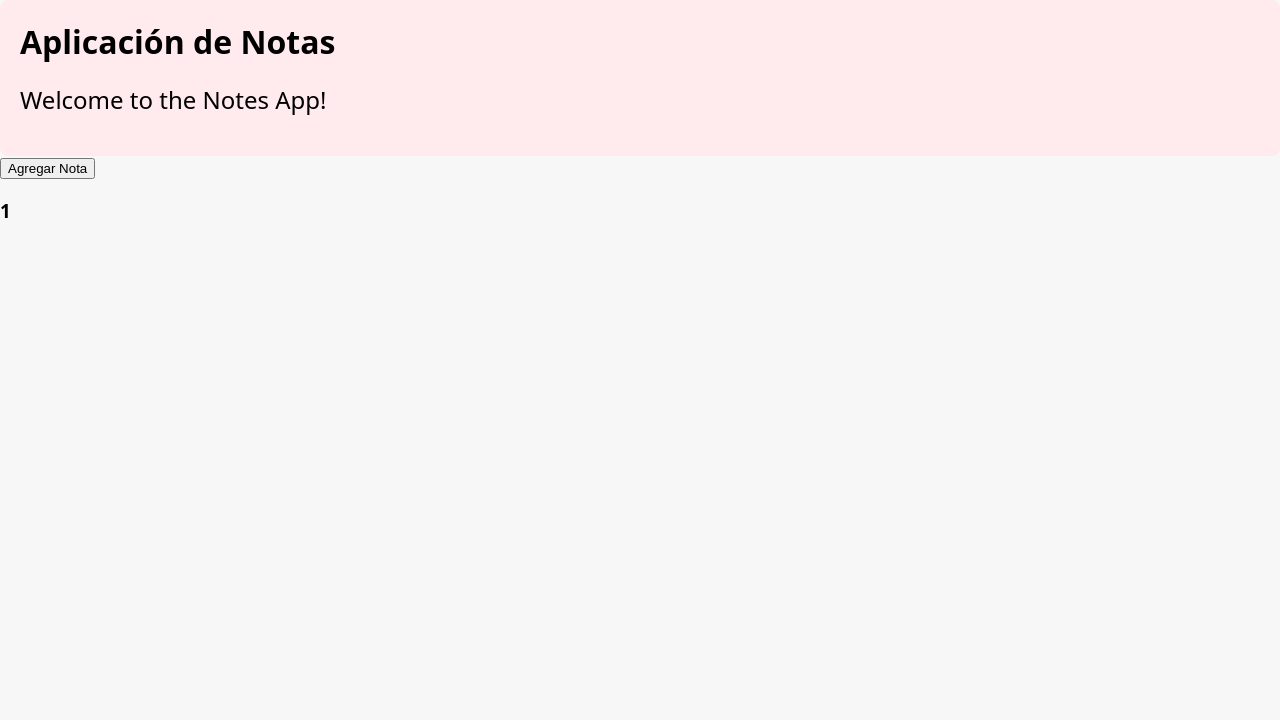
Repository: xunxuno/aplicacion_web_notas
Page: / (app in notas_web_app/)
These files come from the project's save history. The page is drawn as it stood at one moment and after the next save; the edit follows.
The browser window is 1280 px wide. The pictures show the whole page.
The project was rebuilt for these pictures with package versions that can differ from the ones it lists, and the page was loaded fresh each time. Also part of the build but not shown: notas_web_app/vite.config.ts, notas_web_app/src/components/NoteModal.tsx.

Above is the page before, as saved 2024-10-02 10:11:01.

### notas_web_app/src/main.tsx
import React from 'react';
import ReactDOM from 'react-dom/client'; // Cambiado a ReactDOM para el nuevo root API
import App from './App';
import { NotesProvider } from './contexts/NotesContext';

ReactDOM.createRoot(document.getElementById('root')!).render(
  <React.StrictMode>
    <NotesProvider>
      <App />
    </NotesProvider>
  </React.StrictMode>,
);

### notas_web_app/src/App.tsx
import React, { useState, useContext } from 'react';
import { NotesProvider, NotesContext } from './contexts/NotesContext';
import NoteCollection from './components/NoteCollection';
import NoteModal from './components/NoteModal';
import './styles.css';
import AppBar from './components/AppBar';

// Renombrar la interfaz para evitar conflictos
interface Note {
  id: string;
  title: string;
  content: string;
}

interface NoteCollectionInterface {
  id: string;
  notes: Note[];
}

const App: React.FC = () => {
  const [isModalOpen, setModalOpen] = useState(false);
  const [activeCollectionId, setActiveCollectionId] = useState<string | null>(null);

  const { state, dispatch } = useContext(NotesContext);

  const handleAddNote = (note: Note) => {
    if (activeCollectionId) {
      dispatch({
        type: 'ADD_NOTE',
        payload: { collectionId: activeCollectionId, note },
      });
    }
    setModalOpen(false);
  };

  const handleDeleteNote = (noteId: string) => {
    dispatch({
      type: 'DELETE_NOTE',
      payload: { noteId },
    });
  };

  return (
    <NotesProvider>
      <div>
        <AppBar />

        <button onClick={() => setModalOpen(true)}>Agregar Nota</button>

        <div>
          {state.collections.map((collection: NoteCollectionInterface) => (
            <NoteCollection
              key={collection.id}
              collection={collection}
              onNoteClick={(noteId) => console.log("Nota ID:", noteId)}
              onCollectionClick={() => setActiveCollectionId(collection.id)}
              onNoteMove={() => {}} // Agregar función de movimiento si corresponde
              onDelete={handleDeleteNote} // Pasar la función de eliminación
            />
          ))}
        </div>

        {isModalOpen && (
          <NoteModal
            onClose={() => setModalOpen(false)}
            onAddNote={handleAddNote}
          />
        )}
      </div>
    </NotesProvider>
  );
};

export default App;

### notas_web_app/src/contexts/NotesContext.tsx
import React, { createContext, useReducer, ReactNode } from 'react';


// Definir el contexto
interface Note {
  id: string;
  title: string;
  content: string;
}

interface Collection {
  id: string;
  notes: Note[];
}

interface NotesState {
  collections: Collection[];
}


interface AddNoteAction {
  type: 'ADD_NOTE';
  payload: {
    collectionId: string;
    note: Note;
  };
}

interface DeleteNoteAction {
  type: 'DELETE_NOTE';
  payload: {
    collectionId: string;
    noteId: string;
  };
}

interface MoveNoteAction {
  type: 'MOVE_NOTE';
  payload: {
    noteId: string;
    targetCollectionId: string;
  };
}
type NotesAction = AddNoteAction | DeleteNoteAction | MoveNoteAction;

const initialState: NotesState = {
  collections: [
    { id: '1', notes: [] }, // Al menos una colección
  ],
};

const NotesContext = createContext<any>(null);

// Reducer para manejar las acciones
const notesReducer = (state: NotesState, action: NotesAction): NotesState => {
  switch (action.type) {
    case 'ADD_NOTE':
      return {
        ...state,
        collections: state.collections.map(collection => {
          if (collection.id === action.payload.collectionId) {
            return {
              ...collection,
              notes: [...collection.notes, action.payload.note], // Agregar la nueva nota
            };
          }
          return collection;
        }),
      };
    case 'DELETE_NOTE':
      return {
        ...state,
        collections: state.collections.map(collection => ({
          ...collection,
          notes: collection.notes.filter(note => note.id !== action.payload.noteId), // Eliminar la nota
        })),
      };
    case 'MOVE_NOTE':
      const { noteId, targetCollectionId } = action.payload;
      const sourceCollection = state.collections.find((collection) =>
        collection.notes.some((note) => note.id === noteId)
      );
      if (!sourceCollection) return state;

      const noteToMove = sourceCollection.notes.find((note) => note.id === noteId);
      if (!noteToMove) return state;

      return {
        ...state,
        collections: state.collections.map((collection) => {
          if (collection.id === sourceCollection.id) {
            return {
              ...collection,
              notes: collection.notes.filter((note) => note.id !== noteId),
            };
          } else if (collection.id === targetCollectionId) {
            return {
              ...collection,
              notes: [...collection.notes, noteToMove],
            };
          } else {
            return collection;
          }
        }),
      };
    default:
      return state;
  }
};


// Proveedor del contexto con soporte para 'children'
interface NotesProviderProps {
  children: ReactNode; // Definir el tipo de la prop 'children'
}

const NotesProvider: React.FC<NotesProviderProps> = ({ children }) => {
  const [state, dispatch] = useReducer(notesReducer, initialState);

  return (
    <NotesContext.Provider value={{ state, dispatch }}>
      {children}
    </NotesContext.Provider>
  );
};

export { NotesContext, NotesProvider, notesReducer };

### notas_web_app/src/components/NoteCollection.tsx
import React from 'react';
import Note from './Note';

interface NoteInterface {
  id: string;
  title: string;
  content: string;
}

interface NoteCollectionProps {
  collection: { id: string; notes: NoteInterface[] };
  onNoteClick: (noteId: string) => void;
  onCollectionClick: () => void;
  onNoteMove: (noteId: string, sourceCollectionId: string, targetCollectionId: string) => void;
  onDelete: (noteId: string) => void; // Definir la prop de eliminación
}

const NoteCollection: React.FC<NoteCollectionProps> = ({
  collection,
  onNoteClick,
  onCollectionClick,
  onNoteMove,
  onDelete, // Recibir la función onDelete como prop
}) => {
  console.log('Notas en la colección:', collection.notes);

  return (
    <div onClick={onCollectionClick} style={{ cursor: 'pointer' }}>
      <h3>{collection.id}</h3>
      {collection.notes.map(note => (
        <Note
          key={note.id}
          note={note}
          onClick={() => onNoteClick(note.id)}
          onDelete={onDelete} // Pasar la función onDelete a Note
        />
      ))}
    </div>
  );
};

export default NoteCollection;

### notas_web_app/src/styles.css
body {
    font-family: 'Noto Sans', sans-serif;
    background-color: #f7f7f7;
    margin: 0;
    padding: 0;
    color: #000;
  }

  .app-bar {
    background-color: #ffebee; /* Color pastel */
    border-radius: 8px;
    margin: 0;
    padding: 20px;
  }

  h1 {
    font-weight: bold;
    margin: 0;
  }

  h2 {
    font-weight: 400;
  }

  .button-add-note {
    margin: 20px 0;
    float: right;
    background-color: #ff8a80; /* Color pastel */
    color: #fff;
    border-radius: 50%;
  }

  .modal {
    background-color: #fff;
    border-radius: 8px;
    padding: 20px;
  }

  .note {
    padding: 20px;
    border-radius: 8px;
    box-shadow: 0 2px 6px rgba(0, 0, 0, 0.1);
    transition: transform 0.3s;
  }

  .note-title {
    font-weight: 500; /* w500 */
  }

  .note-content {
    font-size: 14px; /* Tamaño de fuente legible */
  }

  .collection {
    padding: 20px;
    border-radius: 8px;
    background-color: #ffffff;
  }

  .note-panel {
    display: flex;
    flex-wrap: wrap;
    gap: 20px;
    padding: 20px;
  }

  .note-card {
    width: 150px; /* Tamaño de las notas */
    background-color: #e1bee7; /* Color pastel dinámico */
    border-radius: 8px;
    padding: 10px;
    box-shadow: 0 2px 6px rgba(0, 0, 0, 0.1);
    position: relative;
  }

  .note-card:hover {
    transform: scale(1.05);
  }

  .edit-button, .delete-button {
    position: absolute;
    top: 5px;
    right: 5px;
    background: none;
    border: none;
    cursor: pointer;
  }

  .edit-button {
    color: #4caf50;
  }

  .delete-button {
    color: #f44336;
  }

### notas_web_app/src/components/AppBar.tsx
import React from 'react';


const AppBar: React.FC = () => {
  return (
    <div className="app-bar">
      <h1>Aplicación de Notas</h1>
      <h2>Welcome to the Notes App!</h2>
    </div>
  );
};

export default AppBar;

### notas_web_app/src/components/Note.tsx
import React from 'react';

interface Note {
  id: string;
  title: string;
  content: string;
}

interface NoteProps {
  note: Note;
  onClick: () => void; // Agregar prop para manejar clic en nota
  onDelete: (noteId: string) => void; // Agregar prop para manejar eliminación de nota
}

const Note: React.FC<NoteProps> = ({ note, onClick, onDelete }) => {
  return (
    <div className="note" onClick={onClick} style={{ cursor: 'pointer' }}>
      <h3>{note.title}</h3>
      <p>{note.content}</p>
      <button onClick={(e) => {
        e.stopPropagation(); // Evitar que se active el onClick del contenedor
        onDelete(note.id); // Llamar a onDelete al hacer clic
      }}>Eliminar</button>
    </div>
  );
};

export default Note;

Loaded but not shown: notas_web_app/index.html (common file)

After the next save:
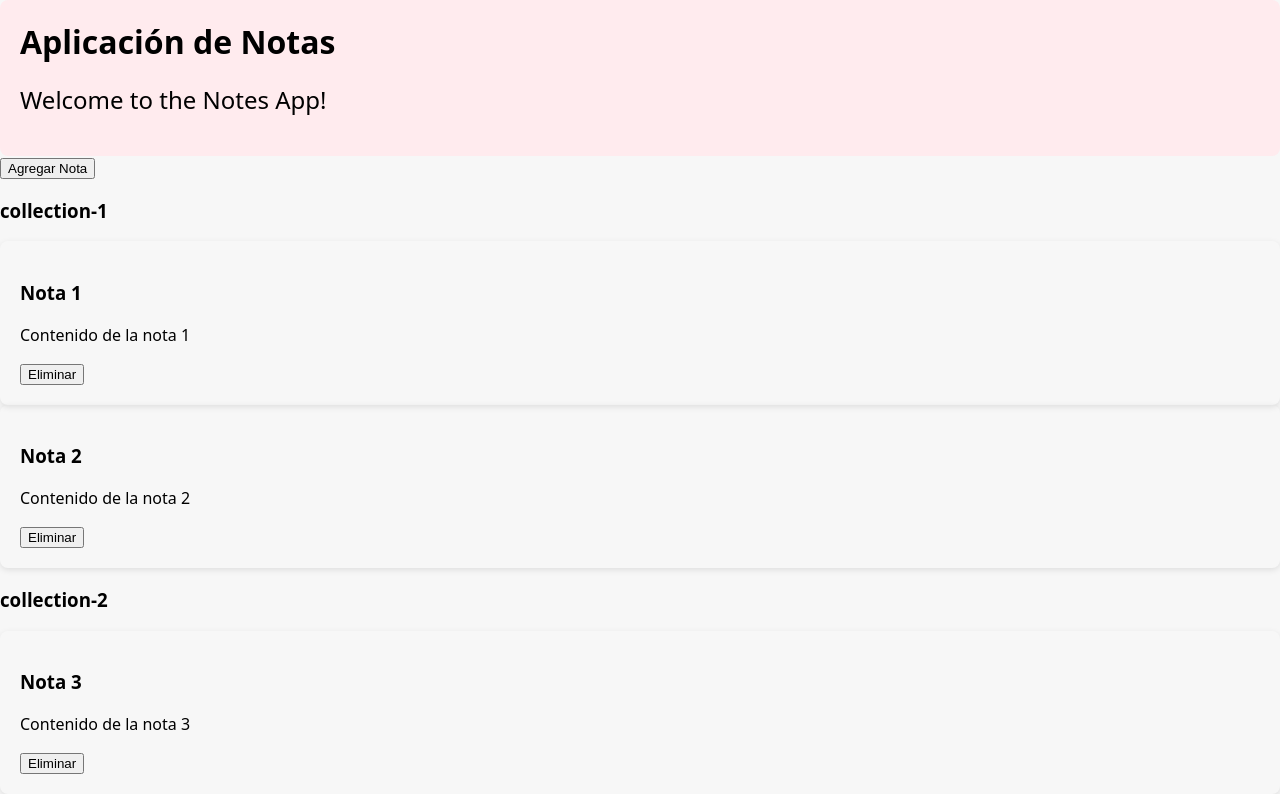
Saved 2 min 39 s later.
--- a/notas_web_app/src/contexts/NotesContext.tsx
+++ b/notas_web_app/src/contexts/NotesContext.tsx
@@ -45,7 +45,19 @@ type NotesAction = AddNoteAction | DeleteNoteAction | MoveNoteAction;
 
 const initialState: NotesState = {
   collections: [
-    { id: '1', notes: [] }, // Al menos una colección
+    {
+      id: 'collection-1',
+      notes: [
+        { id: 'note-1', title: 'Nota 1', content: 'Contenido de la nota 1' },
+        { id: 'note-2', title: 'Nota 2', content: 'Contenido de la nota 2' },
+      ],
+    },
+    {
+      id: 'collection-2',
+      notes: [
+        { id: 'note-3', title: 'Nota 3', content: 'Contenido de la nota 3' },
+      ],
+    },
   ],
 };
 
